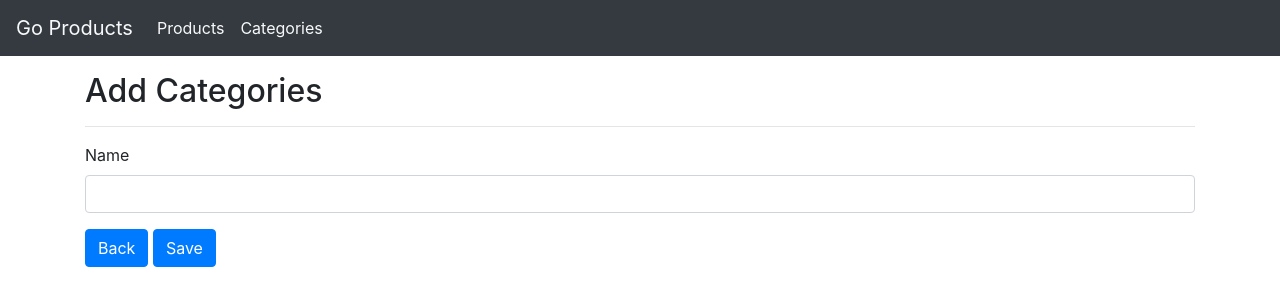
Repository: Nouthemoran/go-web-native-crud
Page: views/category/create.html
These files come from the project's save history. The page is drawn as it stood at one moment and after the next save; the edit follows.
The browser window is 1280 px wide. The pictures show the whole page.

Above is the page before, as saved 2023-10-05 16:09:44.

### views/category/create.html
<!doctype html>
<html lang="en">
  <head>
    <!-- Required meta tags -->
    <meta charset="utf-8">
    <meta name="viewport" content="width=device-width, initial-scale=1, shrink-to-fit=no">

    <!-- Bootstrap CSS -->
    <link rel="stylesheet" href="https://cdn.jsdelivr.net/npm/bootstrap@4.3.1/dist/css/bootstrap.min.css" integrity="sha384-ggOyR0iXCbMQv3Xipma34MD+dH/1fQ784/j6cY/iJTQUOhcWr7x9JvoRxT2MZw1T" crossorigin="anonymous">

    <title>golang project</title>
  </head>
  <body>
    <!-- Navbar -->
    <nav class="navbar navbar-expand-lg bg-dark">
        <a class="navbar-brand text-light" href="#">Go Products</a>
        <button class="navbar-toggler" type="button" data-toggle="collapse" data-target="#navbarNav" aria-controls="navbarNav" aria-expanded="false" aria-label="Toggle navigation">
          <span class="navbar-toggler-icon"></span>
        </button>
        <div class="collapse navbar-collapse" id="navbarNav">
          <ul class="navbar-nav ms-auto">
            <li class="nav-item active">
              <a class="nav-link text-light" href="/products">Products<span class="sr-only">(current)</span></a>
            </li>
            <li class="nav-item">
              <a class="nav-link text-light" href="/categories">Categories</a>
            </li>
          </ul>
        </div>
      </nav>
    <!-- End of Navbar -->

    <div class="container mt-3">
        <div class="row">
            <div class="col-4">

            </div>
        </div>
        <h2>Add Categories</h2>
        <hr>

        <form action="/categories/create" method="POST">
            <div class="form-group">
                <label>Name</label>
                <input type="text" class="form-control" name="name" autocomplete="off">

              </div>
              <div class="float-end">
                <a href="/categories" class="btn btn-primary">Back</a>
                <button class="btn btn-primary">Save</button>
              </div>
        </form>
    </div>

    <!-- Optional JavaScript -->
    <!-- jQuery first, then Popper.js, then Bootstrap JS -->
    <script src="https://code.jquery.com/jquery-3.3.1.slim.min.js" integrity="sha384-q8i/X+965DzO0rT7abK41JStQIAqVgRVzpbzo5smXKp4YfRvH+8abtTE1Pi6jizo" crossorigin="anonymous"></script>
    <script src="https://cdn.jsdelivr.net/npm/popper.js@1.14.7/dist/umd/popper.min.js" integrity="sha384-UO2eT0CpHqdSJQ6hJty5KVphtPhzWj9WO1clHTMGa3JDZwrnQq4sF86dIHNDz0W1" crossorigin="anonymous"></script>
    <script src="https://cdn.jsdelivr.net/npm/bootstrap@4.3.1/dist/js/bootstrap.min.js" integrity="sha384-JjSmVgyd0p3pXB1rRibZUAYoIIy6OrQ6VrjIEaFf/nJGzIxFDsf4x0xIM+B07jRM" crossorigin="anonymous"></script>
  </body>
</html>

After the next save:
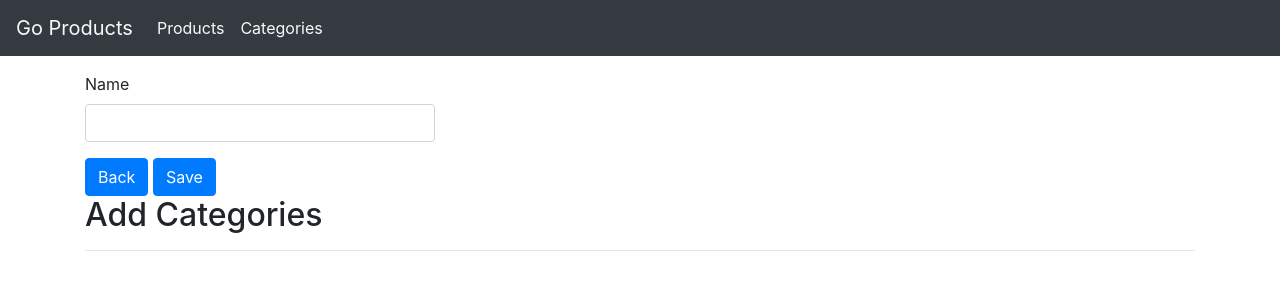
Saved 12 s later.
--- a/views/category/create.html
+++ b/views/category/create.html
@@ -34,22 +34,22 @@
         <div class="row">
             <div class="col-4">
 
+                <form action="/categories/create" method="POST">
+                    <div class="form-group">
+                        <label>Name</label>
+                        <input type="text" class="form-control" name="name" autocomplete="off">
+
+                      </div>
+                      <div class="float-end">
+                        <a href="/categories" class="btn btn-primary">Back</a>
+                        <button class="btn btn-primary">Save</button>
+                      </div>
+                </form>
             </div>
         </div>
         <h2>Add Categories</h2>
         <hr>
 
-        <form action="/categories/create" method="POST">
-            <div class="form-group">
-                <label>Name</label>
-                <input type="text" class="form-control" name="name" autocomplete="off">
-
-              </div>
-              <div class="float-end">
-                <a href="/categories" class="btn btn-primary">Back</a>
-                <button class="btn btn-primary">Save</button>
-              </div>
-        </form>
     </div>
 
     <!-- Optional JavaScript -->
